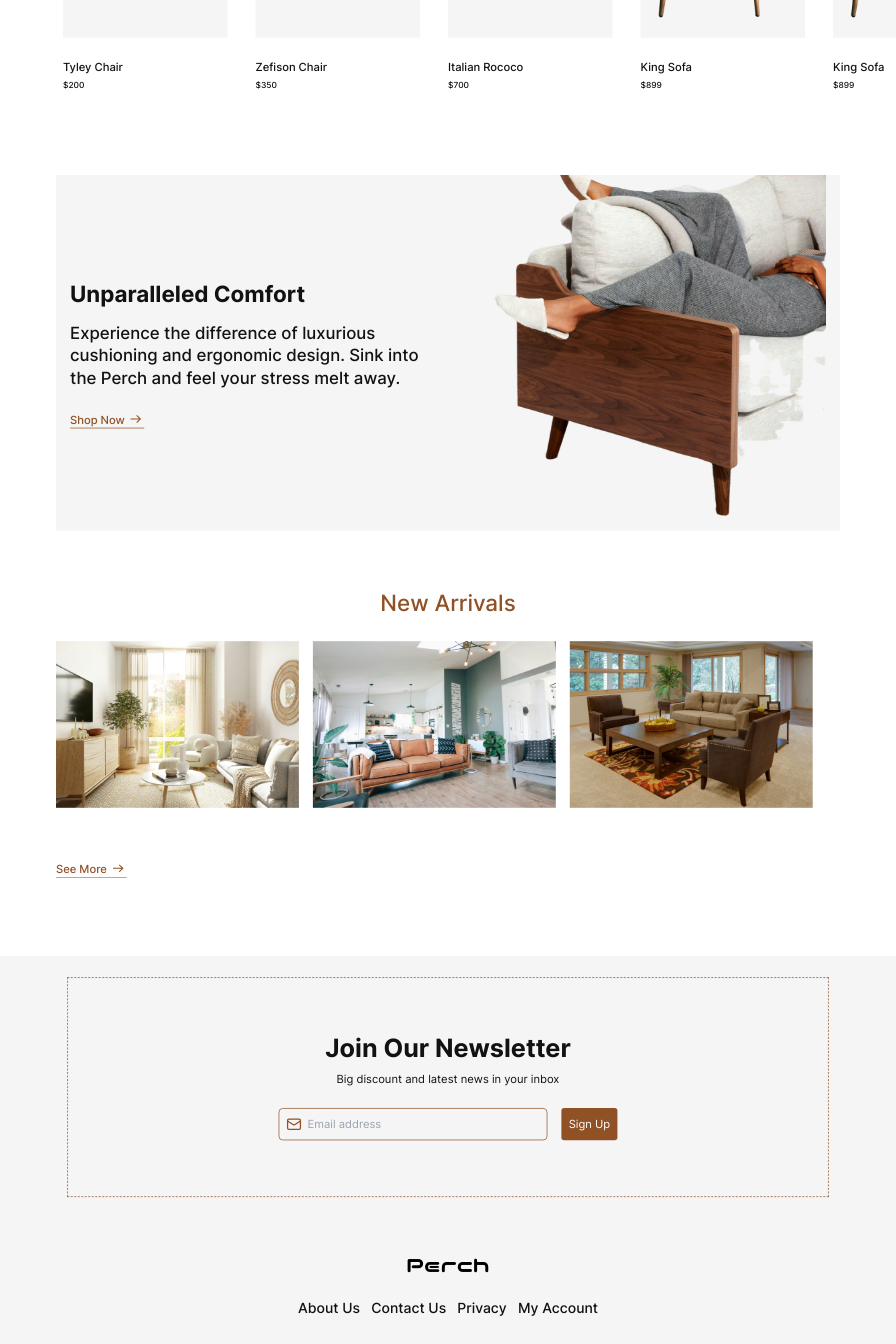
Repository: abdulmalikyusuf/HNG11-Stage02
Page: /
An editor plug-in stored every save of this project. The page is shown before and after the next save, followed by the edit.
The browser window is 1280 px wide. The pictures show the part of the page from y = 2090 to 4010 px (the page is 4111 px tall before and 4159 px after), at 70% of full size.
The project was rebuilt for these pictures with package versions that can differ from the ones it lists, and the page was loaded fresh each time. Also part of the build but not shown: vite.config.ts.

Above is the page before, as saved 2024-07-07 17:28:15.

### index.html
<!DOCTYPE html>
<html lang="en">
  <head>
    <meta charset="UTF-8" />
    <!-- <link rel="icon" type="image/svg+xml" href="/vite.svg" /> -->
    <meta name="viewport" content="width=device-width, initial-scale=1.0" />
    <title>Pearch E-Commerce App</title>
  </head>
  <body>
    <div id="root"></div>
    <script type="module" src="/src/main.tsx"></script>
  </body>
</html>

### src/App.tsx
import { createBrowserRouter, RouterProvider } from "react-router-dom";

import RootLayout from "@/routes/root";
import IndexPage from "@/routes";
import "./App.css";

const router = createBrowserRouter([
  {
    path: "/",
    element: <RootLayout />,
    // errorElement: <ErrorPage />,
    children: [
      {
        index: true,
        element: <IndexPage />,
      },
      {
        path: "cart",
        element: <p>Cart</p>,
      },
      {
        path: "checkout",
        element: <p>Checkout</p>,
      },
    ],
  },
]);

function App() {
  return <RouterProvider router={router} />;
}

export default App;

### src/index.css
:root {
  font-family: Inter, system-ui, Avenir, Helvetica, Arial, sans-serif;
  line-height: 1.5;
  font-weight: 400;

  color-scheme: light dark;
  /* color: rgba(255, 255, 255, 0.87);
  background-color: #242424; */

  font-synthesis: none;
  text-rendering: optimizeLegibility;
  -webkit-font-smoothing: antialiased;
  -moz-osx-font-smoothing: grayscale;
}
@font-face {
  font-family: Inter;
  src: url(fonts/Inter.ttf) format("truetype");
}
@font-face {
  font-family: SpaceGrotesk;
  src: url(fonts/SpaceGrotesk.ttf) format("truetype");
}
@font-face {
  font-family: NicoMoji;
  src: url(fonts/NicoMoji-Regular.ttf) format("truetype");
}

### src/routes/root.tsx
import { Outlet } from "react-router-dom";

import Footer from "@/components/footer";
import Header from "@/components/header";

function RootLayout() {
  return (
    <>
      <Header />
      <Outlet />
      <div className="flow-root">
        <Footer />
      </div>
    </>
  );
}

export default RootLayout;

### src/routes/index.tsx
import { Link } from "react-router-dom";

import ChairHero from "@/assets/img/83417461_Slipper -2 1.png";
import Chair1 from "@/assets/img/vertical-shot-wooden-chair-white 1.png";
import Chair2 from "@/assets/img/83419490_Wingback Chair -4.png";
import Chair3 from "@/assets/img/7043761_861.png";
import BannerImage from "@/assets/img/unsplash_348dJPXEFHk.png";
import MoreChairImage1 from "@/assets/img/unsplash_Kh4tedFdHz4.png";
import MoreChairImage2 from "@/assets/img/unsplash_L7EwHkq1B2s.png";
import MoreChairImage3 from "@/assets/img/unsplash_Gh_UjjYoVwk.png";
import NewArrival1 from "@/assets/img/new-arrivals/81678229_Luxury white and golden sofa -3 1.png";
import NewArrival2 from "@/assets/img/new-arrivals/Paste image.png";
import NewArrival3 from "@/assets/img/new-arrivals/unsplash_IjTqniVFP1Y.png";
import NewArrival4 from "@/assets/img/new-arrivals/unsplash_ItMggD0EguY.png";

const newArrivals = [
  { image: NewArrival1, name: "Tyley Chair", price: 200 },
  { image: NewArrival2, name: "Zefison Chair", price: 350 },
  { image: NewArrival3, name: "Italian Rococo", price: 700 },
  { image: NewArrival4, name: "King Sofa", price: 899 },
  { image: NewArrival4, name: "King Sofa", price: 899 },
];
function IndexPage() {
  return (
    <>
      <div className="flex flex-col lg:flex-row items-center gap-5 lg:gap-24 bg-[#F5F5F5] p-2 lg:px-[100px] lg:py-13">
        <div className="flex flex-col gap-5 lg:gap-24">
          <div className="text-32 lg:text-6xl font-bold">
            <h2 className="text-black">Elevate Your</h2>
            <h2 className="uppercase text-primary">comfort</h2>
          </div>
          <div className="font-semibold text-sm lg:text-xl lg:leading-6 flex flex-col gap-[14px] lg:gap-6">
            <p className="">Want comfort and style? Perch is for you.</p>
            <p className="text-primary">See collection</p>
          </div>
        </div>
        <div className="flex-1">
          <img src={ChairHero} alt="A chair from pearch website" className="" />
        </div>
      </div>
      <div className="px-4 md:px-10 lg:13 xl:px-20 2xl:px-24 flex flex-col gap-20 mb-28 overflow-clip">
        <div className="py-[88px]">
          <div className="md:grid grid-cols-2 lg:grid-rows-2 items-stretch gap-6 lg:gap-x-5 lg:gap-y-6">
            <div className="lg:row-span-2">
              <div className="p-5 lg:p-[30px] bg-miscellaneous flex flex-col">
                <div className="flex-1 flex flex-col gap-3">
                  <h5 className="text-xl lg:text-[28px] font-semibold">
                    Scandinavian
                  </h5>
                  <Link
                    to=""
                    className="w-fit text-xs lg:text-base font-medium text-primary border-b border-primary inline-flex items-center gap-1"
                  >
                    Shop Now{" "}
                    <span className="">
                      <svg
                        xmlns="http://www.w3.org/2000/svg"
                        width="24"
                        height="25"
                        viewBox="0 0 24 25"
                        fill="none"
                      >
                        <mask
                          id="mask0_18_143"
                          style={{ maskType: "alpha" }}
                          maskUnits="userSpaceOnUse"
                          x="0"
                          y="0"
                          width="24"
                          height="25"
                        >
                          <rect y="0.5" width="24" height="24" fill="#D9D9D9" />
                        </mask>
                        <g mask="url(#mask0_18_143)">
                          <path
                            d="M13.8462 18.1538L12.7923 17.0693L16.6115 13.25H4.5V11.75H16.6115L12.7923 7.93075L13.8462 6.84625L19.5 12.5L13.8462 18.1538Z"
                            fill="#905125"
                          />
                        </g>
                      </svg>
                    </span>
                  </Link>
                </div>
                <div className="self-end -mt-20">
                  <img src={Chair1} alt="" className="" />
                </div>
              </div>
            </div>
            <div className="p-5 lg:p-[30px] bg-miscellaneous flex items-end justify-between">
              <div className="flex-1 flex flex-col gap-2 lg:gap-3">
                <h5 className="text-xl lg:text-[28px] font-semibold">
                  Chesterfield
                </h5>
                <Link
                  to=""
                  className="w-fit text-xs lg:text-base font-medium text-primary border-b border-primary inline-flex items-center gap-1"
                >
                  Shop Now{" "}
                  <span className="">
                    <svg
                      xmlns="http://www.w3.org/2000/svg"
                      width="24"
                      height="25"
                      viewBox="0 0 24 25"
                      fill="none"
                    >
                      <mask
                        id="mask0_18_143"
                        style={{ maskType: "alpha" }}
                        maskUnits="userSpaceOnUse"
                        x="0"
                        y="0"
                        width="24"
                        height="25"
                      >
                        <rect y="0.5" width="24" height="24" fill="#D9D9D9" />
                      </mask>
                      <g mask="url(#mask0_18_143)">
                        <path
                          d="M13.8462 18.1538L12.7923 17.0693L16.6115 13.25H4.5V11.75H16.6115L12.7923 7.93075L13.8462 6.84625L19.5 12.5L13.8462 18.1538Z"
                          fill="#905125"
                        />
                      </g>
                    </svg>
                  </span>
                </Link>
              </div>
              <img src={Chair2} alt="" className="" />
            </div>
            <div className="p-5 lg:p-[30px] bg-miscellaneous flex items-end justify-between">
              <div className="flex-1 flex flex-col gap-2 lg:gap-3">
                <h5 className="text-xl lg:text-[28px] font-semibold">
                  Denatti
                </h5>
                <Link
                  to=""
                  className="w-fit text-xs lg:text-base font-medium text-primary border-b border-primary inline-flex items-center gap-1"
                >
                  Shop Now{" "}
                  <span className="">
                    <svg
                      xmlns="http://www.w3.org/2000/svg"
                      width="24"
                      height="25"
                      viewBox="0 0 24 25"
                      fill="none"
                    >
                      <mask
                        id="mask0_18_143"
                        style={{ maskType: "alpha" }}
                        maskUnits="userSpaceOnUse"
                        x="0"
                        y="0"
                        width="24"
                        height="25"
                      >
                        <rect y="0.5" width="24" height="24" fill="#D9D9D9" />
                      </mask>
                      <g mask="url(#mask0_18_143)">
                        <path
                          d="M13.8462 18.1538L12.7923 17.0693L16.6115 13.25H4.5V11.75H16.6115L12.7923 7.93075L13.8462 6.84625L19.5 12.5L13.8462 18.1538Z"
                          fill="#905125"
                        />
                      </g>
                    </svg>
                  </span>
                </Link>
              </div>
              <img src={Chair3} alt="" className="" />
            </div>
          </div>
        </div>
        <div className="">
          <h4 className="capitalize text-xl lg:text-32 text-center text-primary font-medium">
            new arrivals
          </h4>
          <div className="mt-6 lg:mt-[30px] -mr-24">
            <div className="flex gap-5 ">
              {newArrivals.map((chair) => (
                <div
                  key={chair.name}
                  className="shrink-0 w-[255px] py-10 px-2.5 flex flex-col gap-[30px]"
                >
                  <div className="flex h-[294px] items-center bg-miscellaneous">
                    <img
                      src={chair.image}
                      alt={`${chair.name} image`}
                      className=""
                    />
                  </div>
                  <div className="flex flex-col gap-1.5 text-primary-label font-medium">
                    <p className="">{chair.name}</p>
                    <small className="text-xs">${chair.price}</small>
                  </div>
                </div>
              ))}
            </div>
          </div>
        </div>
        <div className="lg:px-5 bg-miscellaneous max-lg:border-t border-primary max-lg:pt-6">
          <div className="flex flex-col-reverse lg:flex-row items-center gap-16">
            <div className="flex-1 text-primary-label">
              <h4 className="hidden lg:block text-32 font-bold">
                Unparalleled Comfort
              </h4>
              <p className="mt-4 lg:text-2xl font-medium">
                Experience the difference of luxurious cushioning and ergonomic
                design. Sink into the Perch and feel your stress melt away.
              </p>
              <Link
                to=""
                className="mt-[30px] w-fit text-xs lg:text-base font-medium text-primary border-b border-primary inline-flex items-center gap-1"
              >
                Shop Now{" "}
                <span className="">
                  <svg
                    xmlns="http://www.w3.org/2000/svg"
                    width="24"
                    height="25"
                    viewBox="0 0 24 25"
                    fill="none"
                  >
                    <mask
                      id="mask0_18_143"
                      style={{ maskType: "alpha" }}
                      maskUnits="userSpaceOnUse"
                      x="0"
                      y="0"
                      width="24"
                      height="25"
                    >
                      <rect y="0.5" width="24" height="24" fill="#D9D9D9" />
                    </mask>
                    <g mask="url(#mask0_18_143)">
                      <path
                        d="M13.8462 18.1538L12.7923 17.0693L16.6115 13.25H4.5V11.75H16.6115L12.7923 7.93075L13.8462 6.84625L19.5 12.5L13.8462 18.1538Z"
                        fill="#905125"
                      />
                    </g>
                  </svg>
                </span>
              </Link>
            </div>
            <div className="flex-1">
              <img src={BannerImage} alt="" className="" />
            </div>
            <div className="mb-9 lg:hidden">
              <h4 className="text-2xl text-left font-bold text-primary-label">
                Unparalled Comfort
              </h4>
            </div>
          </div>
        </div>

        <div className="">
          <h4 className="capitalize text-32 text-center text-primary font-medium">
            new arrivals
          </h4>
          <div className="mt-[30px] flex gap-5">
            {[MoreChairImage1, MoreChairImage2, MoreChairImage3].map(
              (img, i) => (
                <div key={`product-image-${i}`} className="">
                  <img src={img} alt="" className="" />
                </div>
              )
            )}
          </div>
          <div className="mt-11">
            <Link
              to=""
              className="mt-[30px] w-fit text-xs lg:text-base font-medium text-primary border-b border-primary inline-flex items-center gap-1"
            >
              See More{" "}
              <span className="">
                <svg
                  xmlns="http://www.w3.org/2000/svg"
                  width="24"
                  height="25"
                  viewBox="0 0 24 25"
                  fill="none"
                >
                  <mask
                    id="mask0_18_143"
                    style={{ maskType: "alpha" }}
                    maskUnits="userSpaceOnUse"
                    x="0"
                    y="0"
                    width="24"
                    height="25"
                  >
                    <rect y="0.5" width="24" height="24" fill="#D9D9D9" />
                  </mask>
                  <g mask="url(#mask0_18_143)">
                    <path
                      d="M13.8462 18.1538L12.7923 17.0693L16.6115 13.25H4.5V11.75H16.6115L12.7923 7.93075L13.8462 6.84625L19.5 12.5L13.8462 18.1538Z"
                      fill="#905125"
                    />
                  </g>
                </svg>
              </span>
            </Link>
          </div>
        </div>
      </div>
    </>
  );
}

export default IndexPage;

### src/components/footer.tsx
import React from "react";
import { Icons } from "./icons";

function Footer() {
  return (
    <footer className="py-[30px] bg-miscellaneous px-24 h[80vh] flex flex-col justify-between gap-16">
      <div className="flex flex-col items-center gap-[30px] py-20 border border-primary border-dashed">
        <div className="text-center text-primary-label">
          <h3 className="text-4xl font-bold">Join Our Newsletter</h3>
          <p className="mt-3">Big discount and latest news in your inbox</p>
        </div>
        <div className="flex gap-5">
          <div className="flex rounded-md w-96 border border-primary items-center gap-2 p-2.5">
            <Icons.mail className="size-[22px] stroke-primary" />
            <input
              type="email"
              name=""
              id=""
              placeholder="Email address"
              className="bg-transparent text-[rgba(18,_18,_18,_0.50)] font-medium placeholder:font-normal focus:outline-none"
            />
          </div>
          <button
            type="submit"
            className="bg-primary rounded p-2.5 capitalize text-white"
          >
            sign up
          </button>
        </div>
      </div>
      <div className="flex flex-col gap-4 items-center">
        <h4 className="py-2 text-32 text-label-primary font-nico-moji">
          Perch
        </h4>
        <ul className="flex gap-4 text-xl font-medium text-primary-label">
          <li className="">About Us</li>
          <li className="">Contact Us</li>
          <li className="">Privacy</li>
          <li className="">My Account</li>
        </ul>
      </div>
      <div className="py-2.5 -mx-24 border-t border-primary text-center">
        <p className="font-medium text-primary">© 2024 Perch Store</p>
      </div>
    </footer>
  );
}

export default Footer;

### src/components/header.tsx
import { cn } from "@/lib/utils";
import { Icons } from "@/components/icons";
import { Link } from "react-router-dom";
import { CartButton } from "./cart-button";

function Header() {
  return (
    <header
      className={cn(
        "h-[46px] md:h-[68px] relative flex items-center justify-between px-4 md:px-10 lg:13 xl:px-20 2xl:px-24",
        "bg-[#F5F5F5] border-transparent text-black-900 [--logo-fill:#121212]"
      )}
    >
      <div className="flex items-center justify-center gap-3 md:gap-6">
        <button type="button" className="md:hidden">
          <Icons.hamburgerMenu className="size-[26px] md:size-7" />
        </button>
        <Link to="/" className="py-2">
          <span className="text-2xl lg:text-[32px] leading-normal text-primary-label font-nico-moji capitalize">
            pearch
          </span>
        </Link>
      </div>
      <div className="hidden md:flex justify-center">
        <ul className="flex gap-10">
          {["Home", "Shop", "Products", "Pages"].map((menu) => (
            <li key={menu}>
              <span
                className={cn(
                  "flex items-center justify-center w-fit hover:border-b font-space-grotesk transition-colors focus-visible:outline-none focus-visible:ring-1 focus-visible:ring-ring disabled:pointer-events-none",
                  "gap-0.5 button-xs",
                  "text-black-900 hover:text-black-400 disabled:text-black-700"
                )}
              >
                {menu}{" "}
                <Icons.chevronDown
                  className="size-[18px] relative top-[1px] transition-transform duration-200 ease-in group-data-[state=open]:-rotate-180"
                  aria-hidden
                />
              </span>
            </li>
          ))}

          {/* <NavigationMenu.Link
                  className={cn(
                    "hover:border-b font-space-grotesk transition-colors focus-visible:outline-none focus-visible:ring-1 focus-visible:ring-ring disabled:pointer-events-none",
                    "gap-0.5 button-xs",
                    "text-black-900 hover:text-black-400 disabled:text-black-700"
                  )}
                  href="https://github.com/radix-ui"
                >
                  {menu.title}{" "}
                </NavigationMenu.Link> */}
        </ul>
      </div>
      <div className="flex gap-5 items-center">
        <button type="button" className="hidden md:inline-flex size-7">
          <Icons.search className="" />
        </button>
        <button className="hidden md:inline-flex size-7">
          <Icons.user className="" />
        </button>
        <CartButton numOfItems={2} />
      </div>
    </header>
  );
}

export default Header;

### src/lib/utils.ts
import { type ClassValue, clsx } from "clsx";
import { twMerge } from "tailwind-merge";

export function cn(...inputs: ClassValue[]) {
	return twMerge(clsx(inputs));
}
export function formatPrice(
	price: number | string,
	currency: "USD" | "EUR" | "GBP" | "BDT" = "USD",
	notation: "compact" | "engineering" | "scientific" | "standard" = "standard",
) {
	return new Intl.NumberFormat("en-US", {
		style: "currency",
		currency,
		notation,
	}).format(Number(price));
}

export function arrayRange(start: number, stop: number, step: number) {
	return Array.from(
		{ length: (stop - start) / step + 1 },
		(value, index) => start + index * step,
	);
}

### src/components/cart-button.tsx
import { forwardRef, type ButtonHTMLAttributes } from "react";
import { Slot } from "@radix-ui/react-slot";

import { cn } from "@/lib/utils";
import { Icons } from "@/components/icons";

export interface CartButtonProps
  extends ButtonHTMLAttributes<HTMLButtonElement> {
  numOfItems: number;
  asChild?: boolean;
}

const CartButton = forwardRef<HTMLButtonElement, CartButtonProps>(
  ({ numOfItems, asChild, ...props }, ref) => {
    const Comp = asChild ? Slot : "button";
    return (
      <Comp
        ref={ref}
        {...props}
        type="button"
        className="inline-flex items-center gap-0.5 w-[50px] h-[26px] sm:h-7"
      >
        <Icons.cart className="size-[26px] sm:size-7 text-[var(--icon-colour)]" />
        <span
          className={cn(
            "inline-flex items-center justify-center size-5 rounded-full text-xs leading-[10px] font-inter font-bold",
            "bg-primary text-white [--icon-colour:var(--black-900)]"
          )}
        >
          {numOfItems}
        </span>
      </Comp>
    );
  }
);

CartButton.displayName = "CartButton";

export { CartButton };

### tailwind.config.ts
import { Config } from "tailwindcss";

export default {
  content: ["./index.html", "./src/**/*.{js,ts,jsx,tsx}"],
  theme: {
    fontFamily: {
      "space-grotesk": ["SpaceGrotesk"],
      inter: ["Inter"],
      "nico-moji": ["NicoMoji"],
    },
    extend: {
      padding: {
        13: "52px",
      },
      fontSize: {
        32: "32px",
      },
      colors: {
        primary: {
          DEFAULT: "#905125",
          label: "#121212",
        },
        miscellaneous: "#F5F5F5",
      },
    },
  },
  plugins: [],
} satisfies Config;

Loaded but not shown: src/main.tsx (common file); src/App.css (common file); src/components/icons.tsx (297 lines, source omitted)

After the next save:
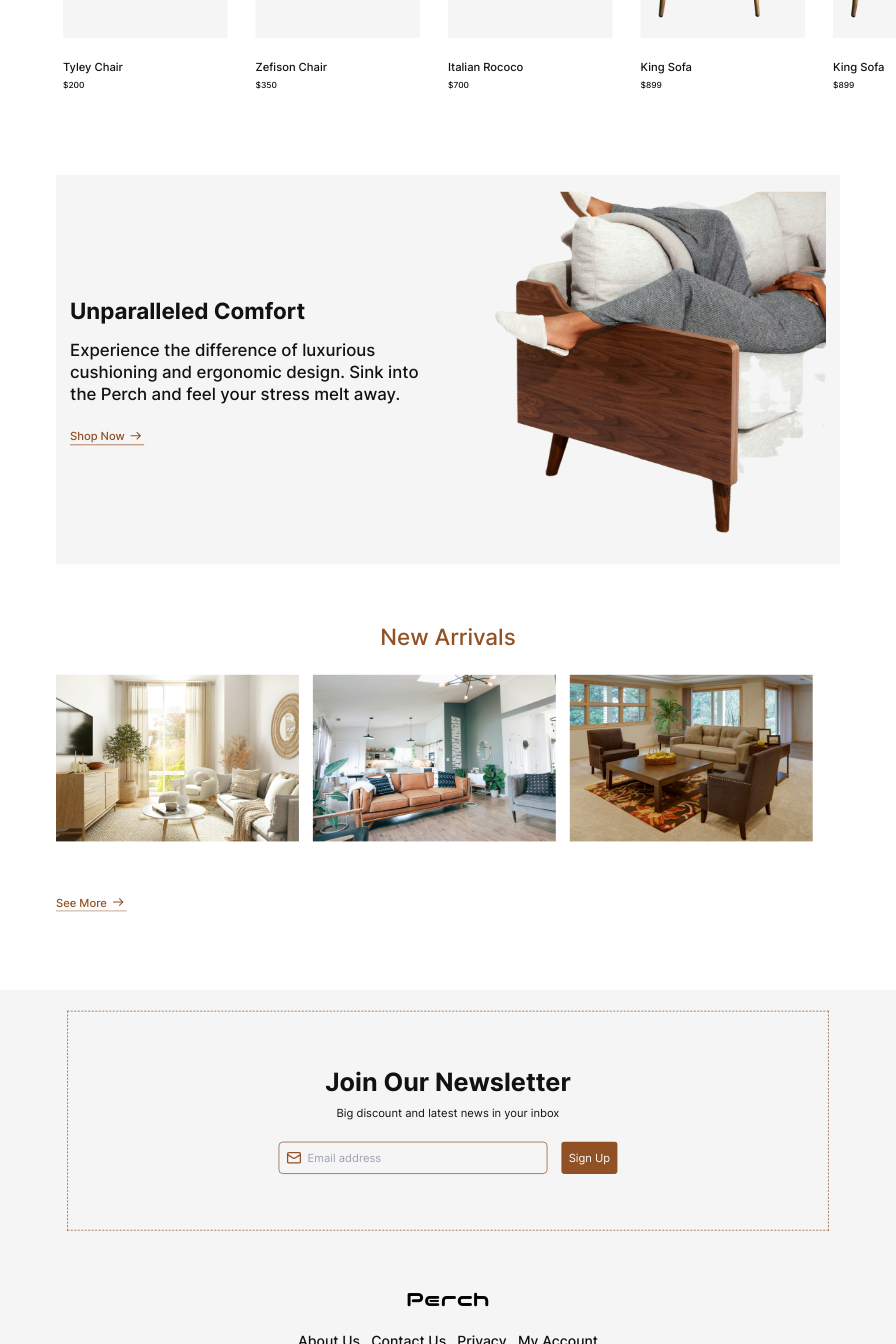
Saved 23 s later.
--- a/src/routes/index.tsx
+++ b/src/routes/index.tsx
@@ -197,7 +197,7 @@
             </div>
           </div>
         </div>
-        <div className="lg:px-5 bg-miscellaneous max-lg:border-t border-primary max-lg:pt-6">
+        <div className="p-6 lg:px-5 bg-miscellaneous max-lg:border-t border-primary">
           <div className="flex flex-col-reverse lg:flex-row items-center gap-16">
             <div className="flex-1 text-primary-label">
               <h4 className="hidden lg:block text-32 font-bold">
